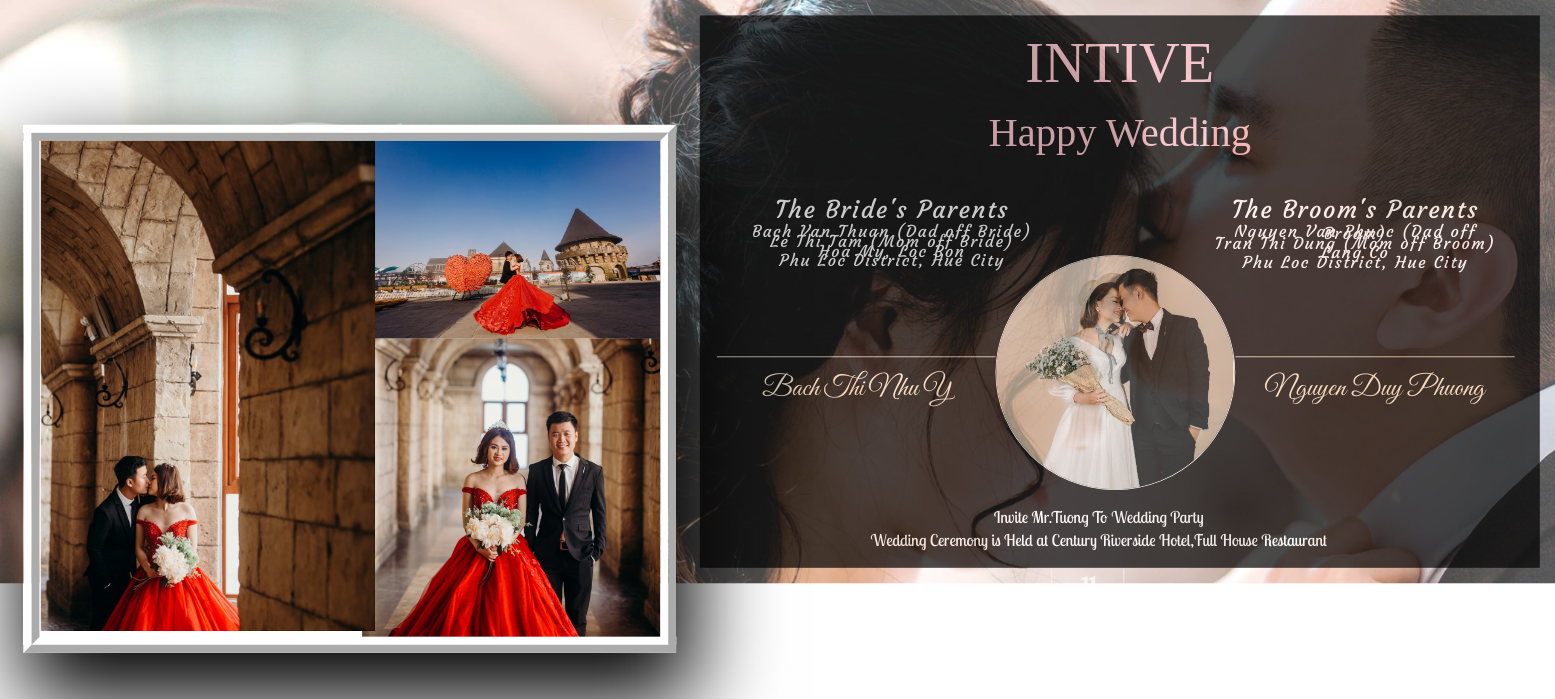
Repository: nguyenhuutuong999/WeddingOfSister
Page: index.html
The author's editor kept a copy of each file at every save. The page is drawn from the files as they stood at one save, then again after the next save.
The browser window is 1920 px wide. The pictures show the whole page, at 81% of full size.
Some web fonts or font styles are not loaded; a fallback is used.

Above is the page before, as saved 2019-09-17 17:15:01.

After the next save:
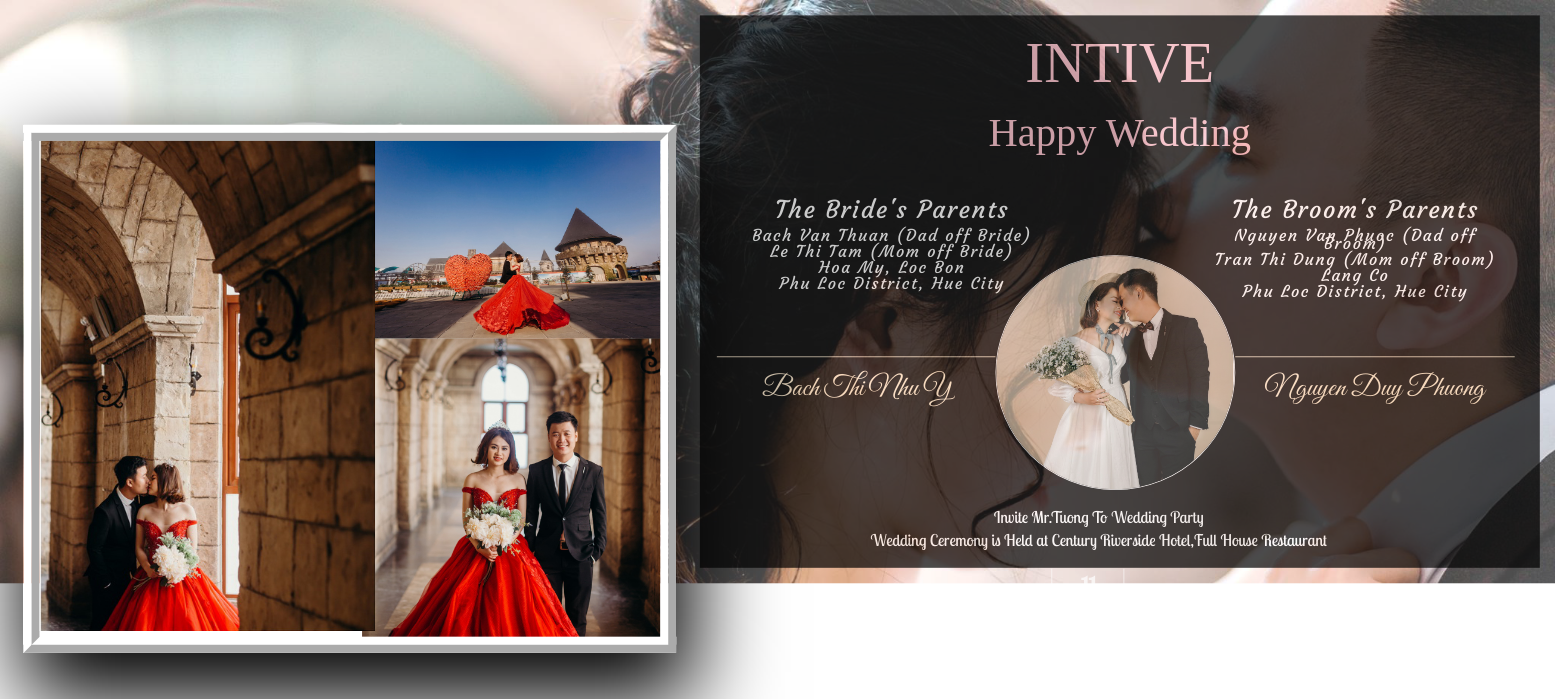
Saved 4 s later.
--- a/style.css
+++ b/style.css
@@ -416,7 +416,7 @@ body,html{
         width: calc(100%/2);
         letter-spacing: 2px;
         text-align: center;
-        line-height: 2px;
+        line-height: 10px;
     }
     .wedding h3{
         font-size: 30px;
